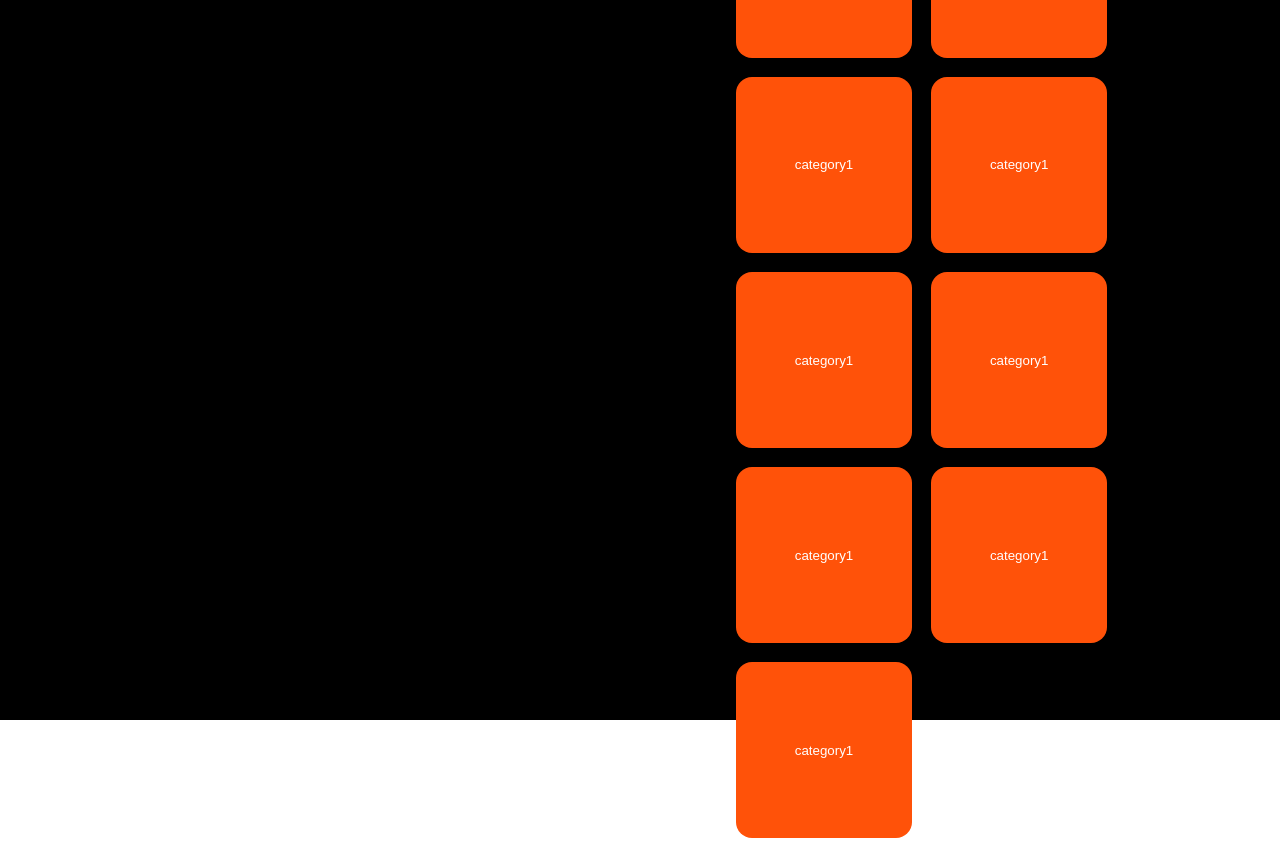
Repository: drumsmanku/react-capstone-project-2
Page: /categories
These files come from the project's save history. The page is drawn as it stood at one moment and after the next save; the edit follows.
The browser window is 1280 px wide. The pictures show the whole page.
Some web fonts or font styles are not loaded; a fallback is used. The project was rebuilt for these pictures with package versions that can differ from the ones it lists, and the page was loaded fresh each time. Also part of the build but not shown: src/components/RegistrationPage.js, src/components/SubmitSuccess.js.

Above is the page before, as saved 2023-05-24 08:52:47.

After the next save:
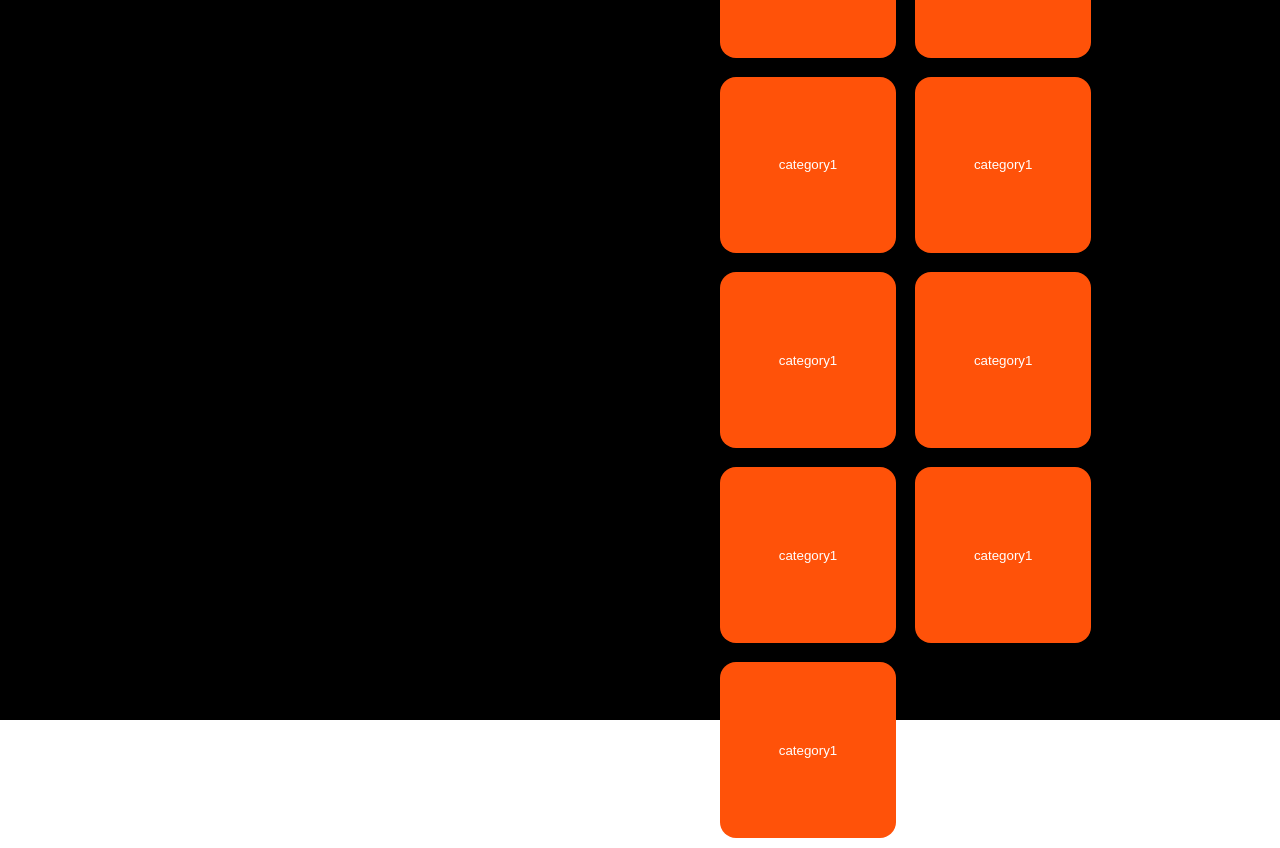
Saved 22 s later.
--- a/src/components/CategoriesPage.css
+++ b/src/components/CategoriesPage.css
@@ -20,5 +20,5 @@
 }
 .category-container{
   width: 70%;
-  margin-right: 1rem;
+  margin-right: 2rem;
 }
